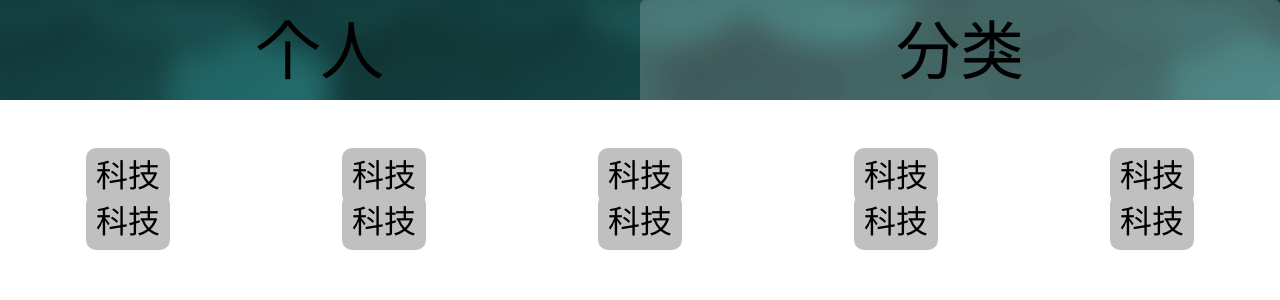
Repository: aoandxie/AoNews
Page: AoNews/WebContent/classify.html
The author's editor kept a copy of each file at every save. The page is drawn from the files as they stood at one save, then again after the next save.
The browser window is 1280 px wide. The pictures show the whole page.

Above is the page before, as saved 2017-03-05 16:05:45.

### AoNews/WebContent/classify.html
<!DOCTYPE html>
<html>
	<head>
		<meta charset="UTF-8">
		<title>Ao News 首页</title>
		<link type="text/css" rel="stylesheet" href="common_style.css">
	</head>
	<body>
		<div class="Top">
			<ul><a href="faction.html">个人</a></ul>
			<ul class="Now"><a>分类</a></ul>
		</div>
		<div class="ClassBoxContainer">
			<div class="ClassBox"><a>科技</a></div>
			<div class="ClassBox"><a>科技</a></div>
			<div class="ClassBox"><a>科技</a></div>
			<div class="ClassBox"><a>科技</a></div>
			<div class="ClassBox"><a>科技</a></div>
			<div class="ClassBox"><a>科技</a></div>
			<div class="ClassBox"><a>科技</a></div>
			<div class="ClassBox"><a>科技</a></div>
			<div class="ClassBox"><a>科技</a></div>
			<div class="ClassBox"><a>科技</a></div>
		</div>
	</body>
</html>

### AoNews/WebContent/common_style.css
@CHARSET "UTF-8";
/* common set */
*{
	margin: 0;
	border: 0;
	padding: 0;
	font-family: Arial, Helvetica, sans-serif;
}

a{
	text-decoration: none;
	color: #000;
}

/* Login & Register */
.Canvas{
	position: fixed;
	background-image: url("back.jpg");
	width: 100%;
	height: 100%;
}

.Form{
	position: fixed;
	background-color: rgba(255,255,255,.2);
	left: 35%;
	top: 30%;
	border-radius: 5px;
	border-width: 2px;
	border-color: #000000;
	border-style: solid;
	padding: 1em;
	margin: 2em;
	z-index: 255;
}

.Form label{
	font-size: 2em;
	margin-right: 1em;
	z-index: 255;
}

.Form input{
	height: 2em;
	width: 60%;
	font-size: 1em;
	border-style: groove;
	border-width: 2px;
	border-color: #000000;
}

.LineLabel{
	border-bottom-style: solid;
	border-bottom-width: 2px;
	border-bottom-color: #000000;
}

.Button{
	text-align: center;
	margin: 1em;
}

/* Faction & classify */
.Top{
	height: 100px;
	background-image: url("back.jpg");
	width: 100%;
	text-align: center;
}

.Top ul a{
	display: block;
	position: relative;
	float: left;
	width: 50%;
	height: 100px;
	font-size: 4em;
	border-top-left-radius: 5px;
	border-top-right-radius: 5px;
}

.Now a{
	background-color: rgba(255,255,255,.2);
}

/* Faction */
.News{
	text-align: left;
	display: block;
	color: #201f35;
	border-radius: 5px;
	border-width: 2px;
	border-color: #555753;
	border-style: solid;
	width: 250px;
	margin: 5px;
}

.News:HOVER{
	background-color: #888a85;
}

.News a{
	font-size: 2em;
	margin: 5px;
}

.News a:CHECKED{
	color: #201f35;
}

/* Classify */
.ClassBoxContainer{
	position: relative;
	top: 50px;
	width: 100%;
	text-align: center;
}

.ClassBox{
	float: left;
	width: 20%;
}

.ClassBox a{
	font-size: 2em;
	padding: 10px;
	border-radius: 10px;
	background-color: silver;
}

After the next save:
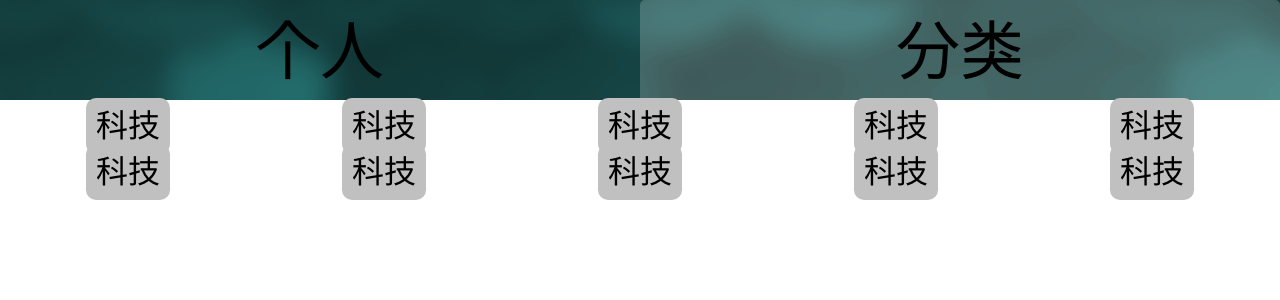
Saved 19 s later.
--- a/AoNews/WebContent/common_style.css
+++ b/AoNews/WebContent/common_style.css
@@ -112,12 +112,12 @@
 /* Classify */
 .ClassBoxContainer{
 	position: relative;
-	top: 50px;
 	width: 100%;
 	text-align: center;
 }
 
 .ClassBox{
+	top: 50px;
 	float: left;
 	width: 20%;
 }

After the save that followed:
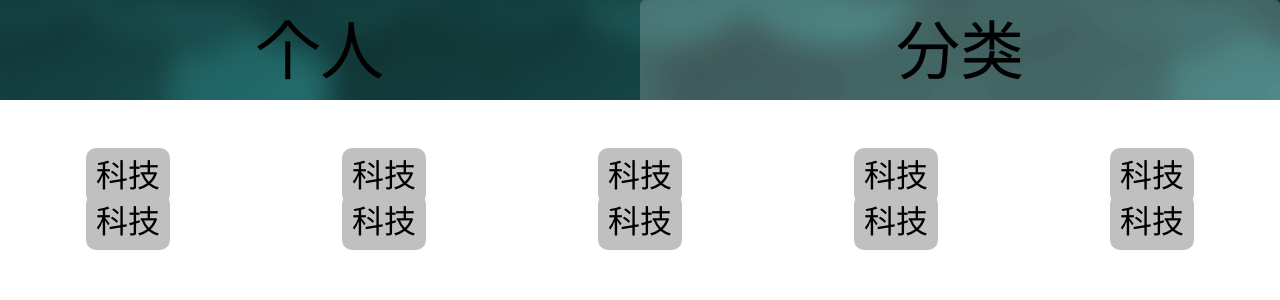
Saved 19 s later.
--- a/AoNews/WebContent/common_style.css
+++ b/AoNews/WebContent/common_style.css
@@ -111,12 +111,12 @@
 
 /* Classify */
 .ClassBoxContainer{
-	position: relative;
 	width: 100%;
 	text-align: center;
 }
 
 .ClassBox{
+	position: relative;
 	top: 50px;
 	float: left;
 	width: 20%;
